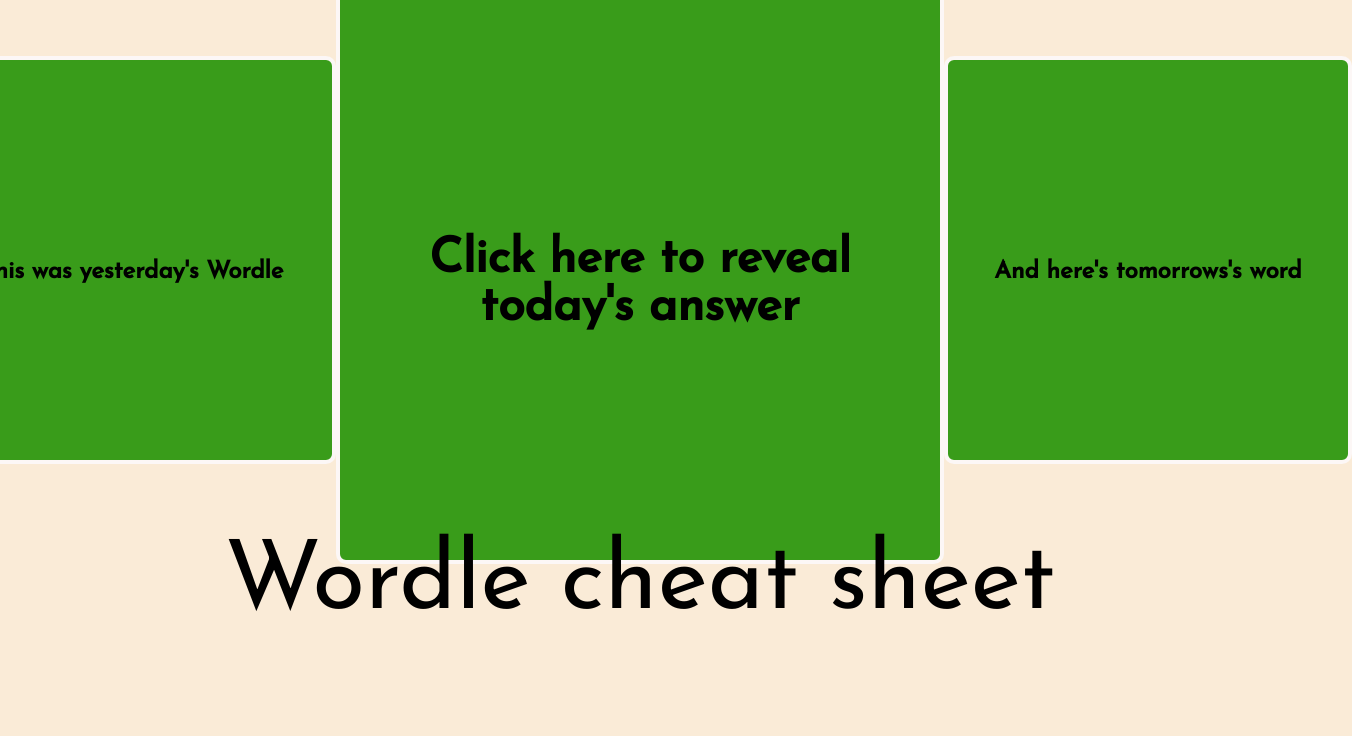
Repository: enoripl/tomorrows-wordle
Page: index.html
These files come from the project's save history. The page is drawn as it stood at one moment and after the next save; the edit follows.
The browser window is 1280 px wide. The page is 1352 px wide, so the pictures cover 1352 px, including what lies to the right of the window. The pictures show the whole page.

Above is the page before, as saved 2022-02-09 17:21:28.

### index.html
<!DOCTYPE html>
<html lang="en">
  <head>
    <meta charset="UTF-8" />
    <meta http-equiv="X-UA-Compatible" content="IE=edge" />
    <meta name="viewport" content="width=device-width, initial-scale=1.0" />
    <link rel="stylesheet" href="styles.css" />
    <script type="text/javascript" src="script.js" defer></script>
    <title>Today's (and tommorow's Wordle)</title>
  </head>
  <body>
    <main class="main-content">
      <div class="buttons-section">
        <div class="buttons-group">
          <div class="answer-btns" id="yesterdays-btn">
            This was yesterday's Wordle
          </div>
          <div class="answer-btns" id="todays-btn">
            Click here to reveal
            today's answer
          </div>
          <div class="answer-btns" id="tomorrows-btn">
            And here's tomorrows's word
          </div>
        </div>
      </div>
    </main>
    <div class="logo-section">
      <div class="logo">Wordle cheat sheet</div>
    </header>
  </body>
</html>

### styles.css
@import url('https://fonts.googleapis.com/css2?family=Josefin+Sans:wght@300;400;500&display=swap');
body {
    height: 100vh;
    font-family: 'Josefin Sans', sans-serif;
    background-color: antiquewhite;
    white-space: pre-line;
    display: flex;
    flex-direction: column;
}

main {
    height: 70%;
}
.main-content {
    display: flex;
    justify-content: center;
    align-items: center;
}
.buttons-group {
    display: flex;
    align-items: center;
}

.answer-btns {
    display: flex;
    justify-content: center;
    align-items: center;
    text-align: center;
    background-color: rgb(57, 156, 26);
    height: 400px;
    width: 400px;
    font-size: 1.5rem;
    font-weight: 600;
    border-radius: 10px;
    border: 4px solid rgb(252, 247, 246);
}

#todays-btn {
    height: 600px;
    width: 600px;
    font-size: 3rem;
}

.answer-text {
    font-size: 3rem;
    font-weight: 800;
}


.logo-section {
    display: flex;
    justify-content: center;
    align-items: center;
    height: 20vh;
    font-size: 6rem;
}

Loaded but not shown: script.js (2355 lines, source omitted)

After the next save:
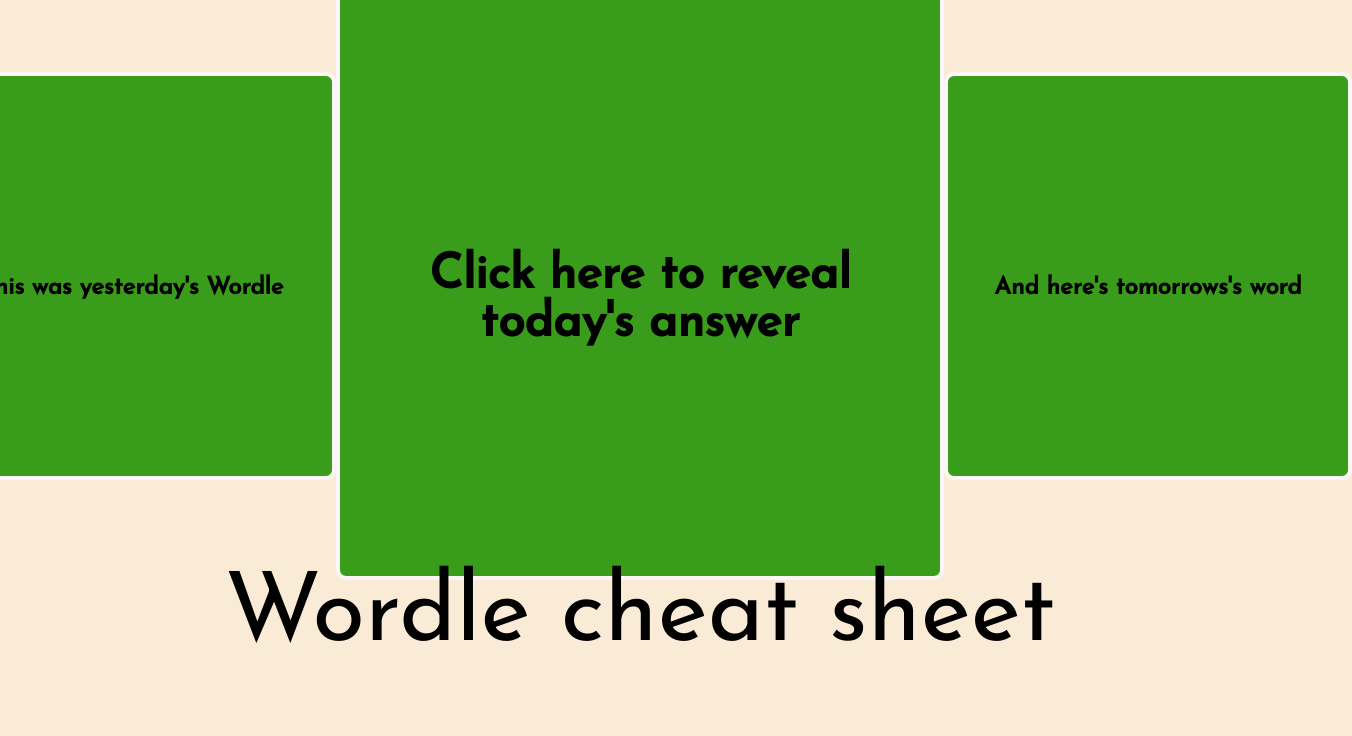
Saved 7 min 11 s later.
--- a/styles.css
+++ b/styles.css
@@ -4,8 +4,7 @@
     font-family: 'Josefin Sans', sans-serif;
     background-color: antiquewhite;
     white-space: pre-line;
-    display: flex;
-    flex-direction: column;
+    display: block;
 }
 
 main {
